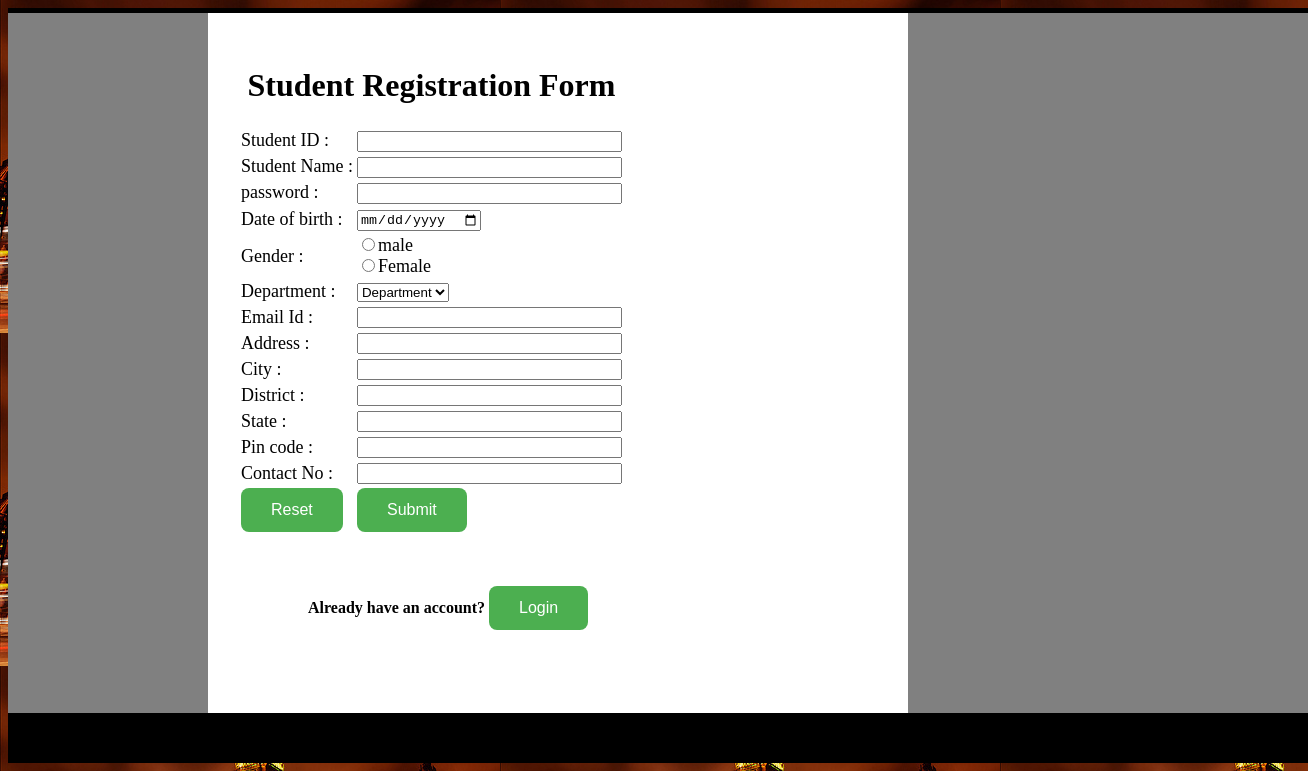
Repository: srikanthModugu/jdbc-servlet-jsp
Page: SutudentRegistration/WebContent/Registration.html
The author's editor kept a copy of each file at every save. The page is drawn from the files as they stood at one save, then again after the next save.
The browser window is 1280 px wide. The page is 1308 px wide, so the pictures cover 1308 px, including what lies to the right of the window. The pictures show the whole page.

Above is the page before, as saved 2017-10-02 14:37:08.
Console error: SyntaxError: Unexpected end of input

### SutudentRegistration/WebContent/Registration.html
<!DOCTYPE html>
<html>
<head>
<meta charset="UTF-8">
<title>Registration Page</title>
<style type="text/css">
button {
	border: none;
	border-radius: 8px;
	color: white;
	padding: 13px 30px;
	text-align: center;
	text-decoration: none;
	background-color: #4CAF50;
	display: inline-block;
	font-size: 16px;
}

input[type=submit]
{
	border: none;
	border-radius: 8px;
	color: white;
	padding: 13px 30px;
	text-align: center;
	text-decoration: none;
	background-color: #4CAF50;
	display: inline-block;
	font-size: 16px;
}

button:hover {
	background-color: #4CAF50;
	color: white;
	box-shadow: 0 12px 16px 0 rgba(0, 0, 0, 0.24), 0 17px 50px 0
		rgba(0, 0, 0, 0.19);
}

td {
	font-size: 18px;
}
</style>

<script type="text/javascript">
function validateform(){
	var name=document.myform.studentName.value;
	var password=document.myform.password.value;

	if (name==null || name==""){
	  alert("Name can't be blank");
	  return false;
	}else if(password.length<6){
	  alert("Password must be at least 6 characters long.");
	  return false;
	  }
</script>

</head>
<body background="fristBg.jpg">
	<div style="height: 755px; width: 1300px; background-color: black">



		<div
			style="height: 5px; width: 1300px; background-color: black; color: white; float: left;">
		</div>

		<div style="height: 700px; width: 1300px; background-color: gray; color: white; float: left;">

			<div style="height: 700px; width: 200px; background-color: gray; color: white; float: left;">

			</div>

			<div
				style="height: 700px; width: 700px; background-color: white; color: black; float: left;">
				<form action="Registerformservlet" method="get"  onsubmit="return validateform()" name="myform"  >
					<table style="height: 600; width: 700; margin: 30px; background-color:; color: black;">

						<tr>
							<th colspan="2"><h1>Student Registration Form</h1></th>
						</tr>

						<tr>
							<td>Student ID :</td>
							<td><input type='text' name='studentid' size='30'><br></td>
						</tr>

						<tr>
							<td>Student Name :</td>
							<td><input type='text' name='studentName' size='30'><br></td>
						</tr>

						<tr>
							<td>password :</td>
							<td><input type='password' name='password' size='30'><br></td>
						</tr>

						<tr>
							<td>Date of birth :</td>
							<td><input type='date' name="DOB">
							<br></td>
						</tr>

						<tr>
							<td>Gender :</td>
							<td><input type='radio' name='gender' value='male'>male<br>
								<input type='radio' name='gender' value='female'>Female<br></td>
						</tr>

						<tr>
							<td>Department :</td>
							<td><select name='department'>
									<option>Department</option>
									<option>Computer</option>
									<option>Civil</option>
									<option>E & TC</option>
									<option>Mechanical</option>
									<option>IT</option>
							</select></td>
						</tr>

						<tr>
							<td>Email Id :</td>
							<td><input type='email' name='emailId' size='30'><br></td>
						</tr>

						<tr>
							<td>Address :</td>
							<td><input type='text' name='address' size='30'><br></td>
						</tr>

						<tr>
							<td>City :</td>
							<td><input type='text' name='city' size='30'><br></td>
						</tr>

						<tr>
							<td>District :</td>
							<td><input type='text' name='district' size='30'><br></td>
						</tr>

						<tr>
							<td>State :</td>
							<td><input type='text' name='state' size='30'><br></td>
						</tr>

						<tr>
							<td>Pin code :</td>
							<td><input type='text' name='pincode' size='30'
								pattern="[0-9]{4}" maxlength="6"><br></td>
						</tr>

						<tr>
							<td>Contact No :</td>
							<td><input type='text' name='contactNo' size='30'><br></td>
						</tr>


						<tr>
							<td><button type="submit" formaction="RegisterForm.html">Reset</button></td>
							<td><input type="submit" value="Submit"></td>
						</tr>
					</table>

					<div
						style="height: 25px; width: 400px; background-color: white; color: black; float: left; margin-left: 100px">
						<h4>
							Already have an account?
							<button type="submit" formaction="LoginPage.html">Login</button>
						</h4>
					</div>
				</form>


			</div>
			<div
				style="height: 600px; width: 300px; background-color: gray; color: white; float: left;"></div>
		</div>
	</div>

</html>

After the next save:
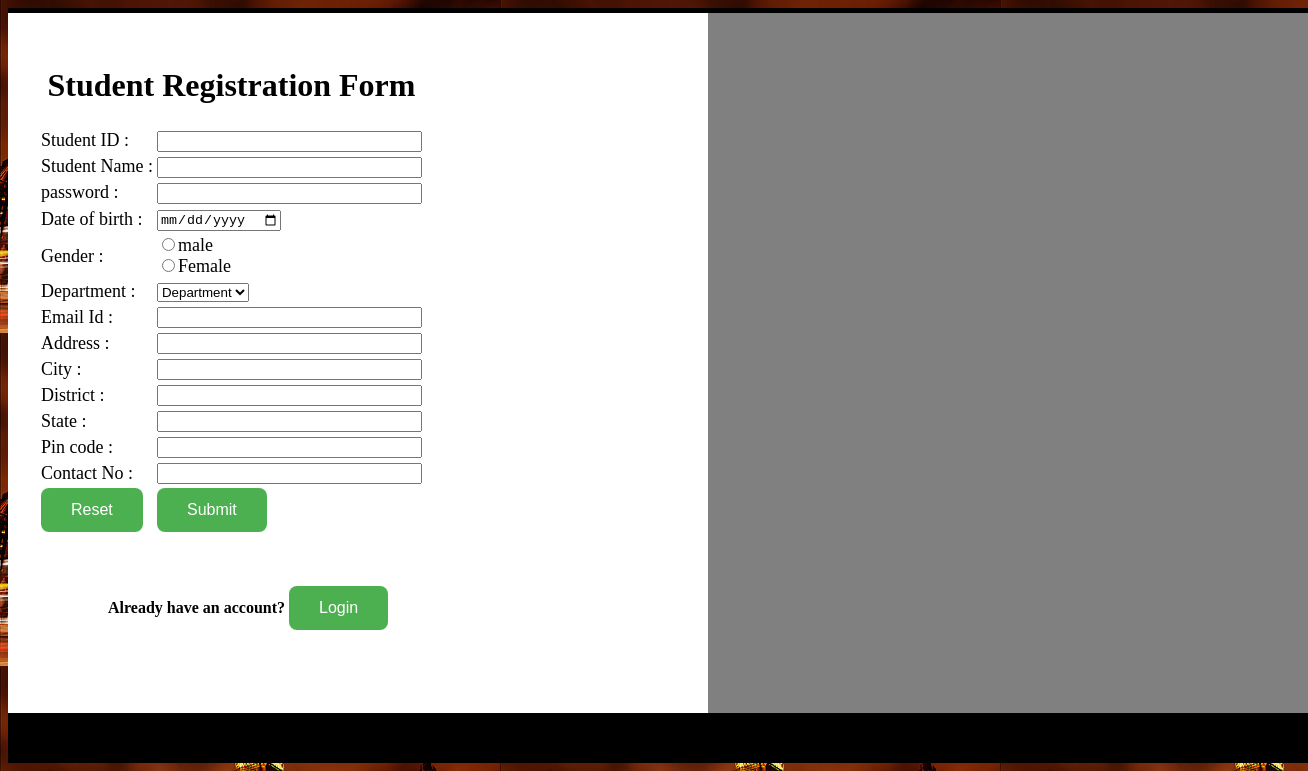
Saved 106 s later.
--- a/SutudentRegistration/WebContent/Registration.html
+++ b/SutudentRegistration/WebContent/Registration.html
@@ -67,9 +67,7 @@
 
 		<div style="height: 700px; width: 1300px; background-color: gray; color: white; float: left;">
 
-			<div style="height: 700px; width: 200px; background-color: gray; color: white; float: left;">
 
-			</div>
 
 			<div
 				style="height: 700px; width: 700px; background-color: white; color: black; float: left;">

After the save that followed:
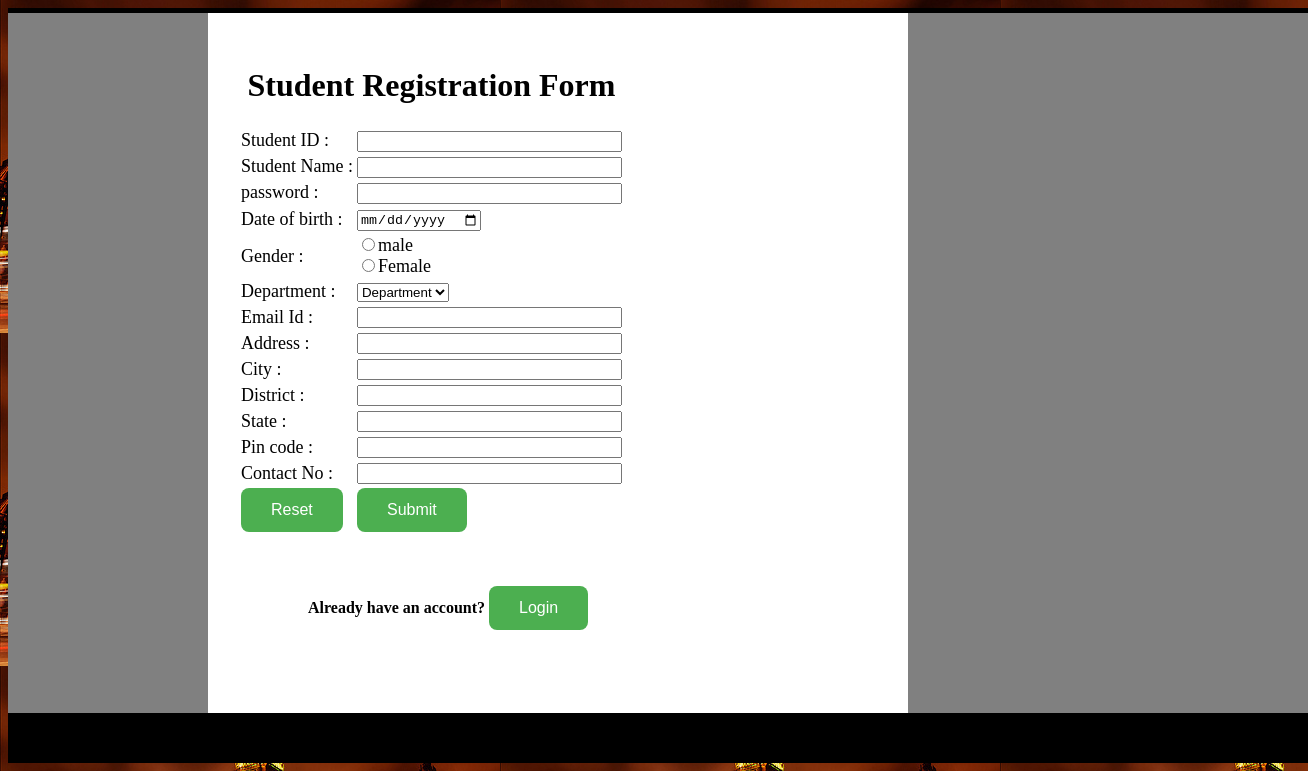
Saved 23 s later.
--- a/SutudentRegistration/WebContent/Registration.html
+++ b/SutudentRegistration/WebContent/Registration.html
@@ -67,7 +67,9 @@
 
 		<div style="height: 700px; width: 1300px; background-color: gray; color: white; float: left;">
 
+			<div style="height: 700px; width: 200px;  float: left;">
 
+			</div>
 
 			<div
 				style="height: 700px; width: 700px; background-color: white; color: black; float: left;">
